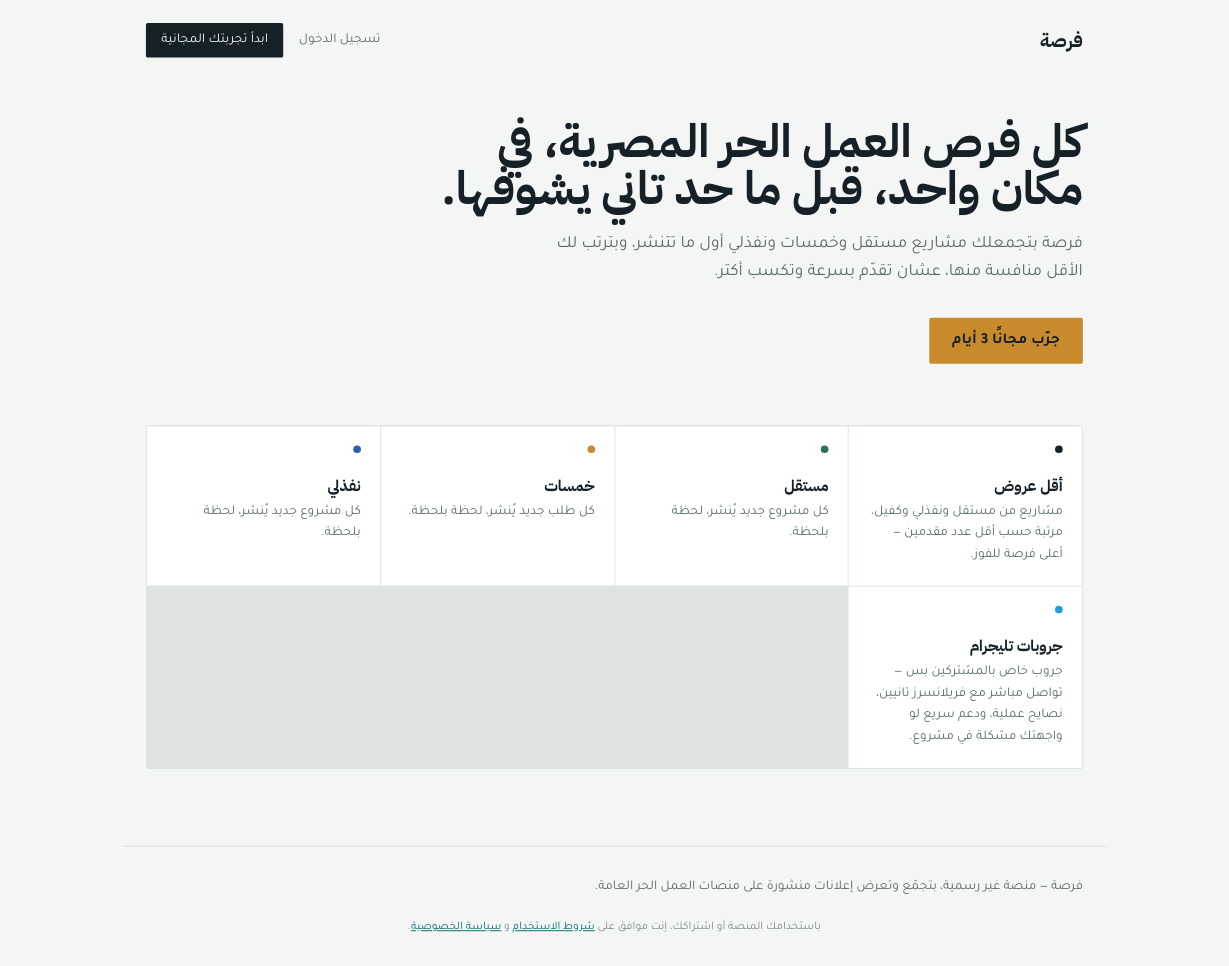
Repository: Omrtyurke123/forsa
Page: /
An editor plug-in stored every save of this project. The page is shown before and after the next save, followed by the edit.
The browser window is 1280 px wide. The pictures show the whole page, at 96% of full size.
The project was rebuilt for these pictures with package versions that can differ from the ones it lists, and the page was loaded fresh each time. The framework's server and built-in components were replaced by stand-ins that run in the browser. Also part of the build but not shown: next.config.mjs.

Above is the page before, as saved 2026-10-15 20:40:47.

After the next save:
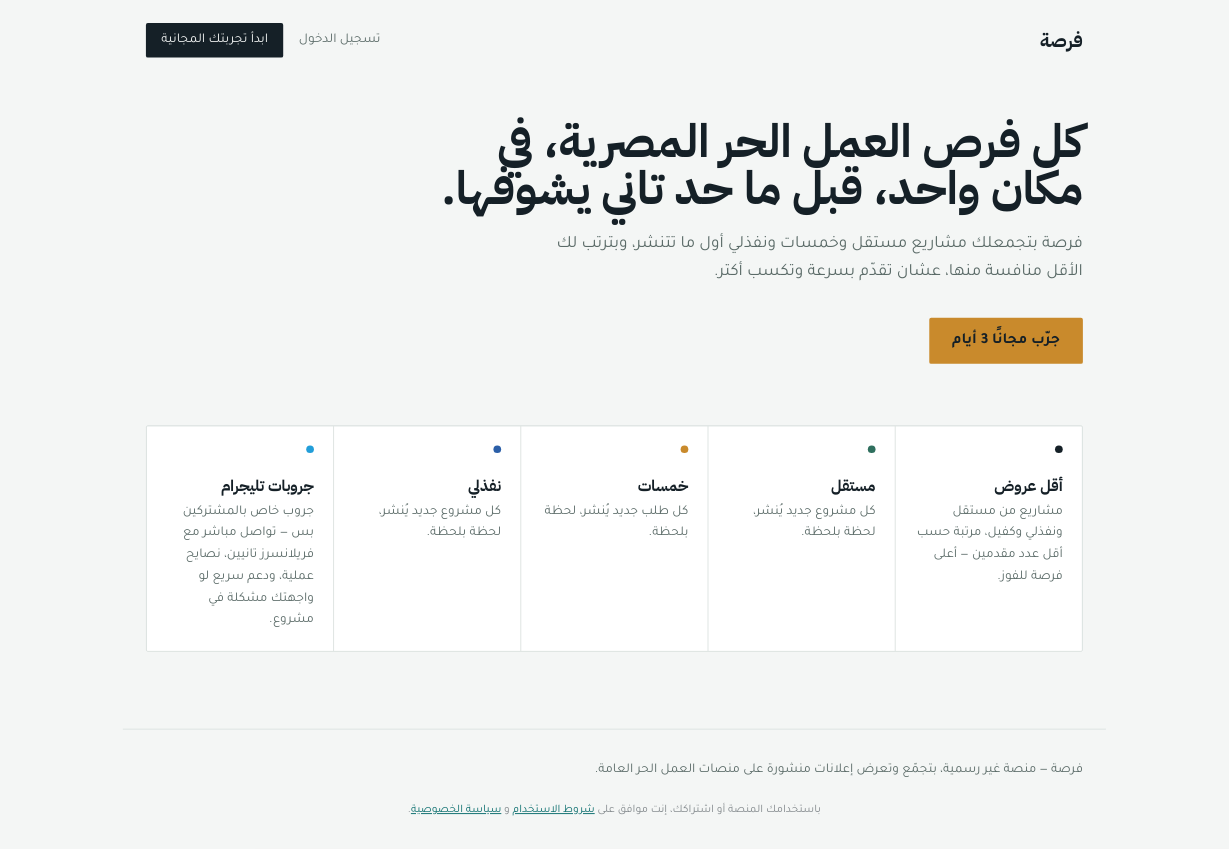
Saved 44 s later.
--- a/app/page.js
+++ b/app/page.js
@@ -51,7 +51,7 @@
       </section>
 
       <section className="max-w-5xl mx-auto px-6 pb-20">
-        <div className="grid md:grid-cols-4 gap-px bg-line border border-line rounded-sm overflow-hidden">
+        <div className="grid grid-cols-2 md:grid-cols-3 lg:grid-cols-5 gap-px bg-line border border-line rounded-sm overflow-hidden">
           {sections.map((s) => (
             <div key={s.name} className="bg-panel p-5">
               <span className={`inline-block w-2 h-2 rounded-full ${s.color} mb-3`} />
